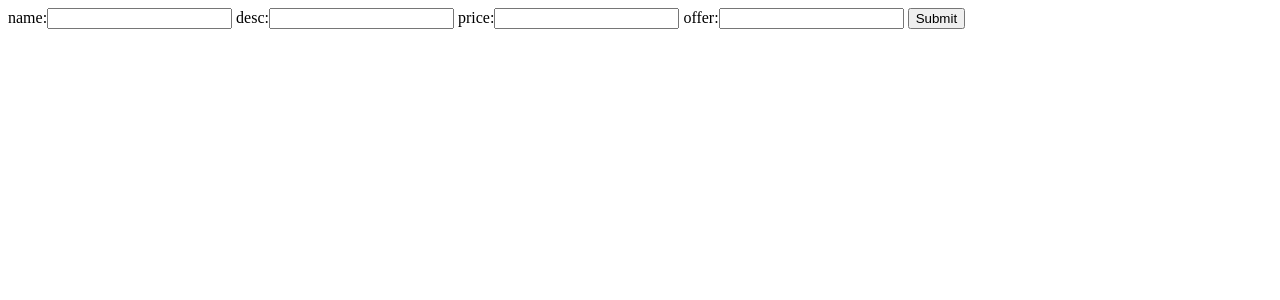
Repository: Ganesh9986320435/AllProjectsFromYestYantra
Page: http://localhost/mcdonaldsprojectjsp/menu.jsp
An editor plug-in stored every save of this project. The page is shown before and after the next save, followed by the edit.
The browser window is 1280 px wide. The pictures show the whole page.
The page is served by Tomcat 9. Other server files are loaded and not shown.

Above is the page before, as saved 2023-02-01 03:44:24.

### mcdonaldsprojectjsp/src/main/webapp/menu.jsp
<%@ page language="java" contentType="text/html; charset=UTF-8"
    pageEncoding="UTF-8"%>
<!DOCTYPE html>
<html>
<head>
<meta charset="UTF-8">
<title>Insert title here</title>
</head>
<body>
<form action="menu">
name:<input type="text" name="name">
desc:<input type="text" name="desc">
price:<input type="number" name="price">
offer:<input type="text" name="offer">
<a></a>
<input type="submit">







</form>
</body>
</html>

After the next save:
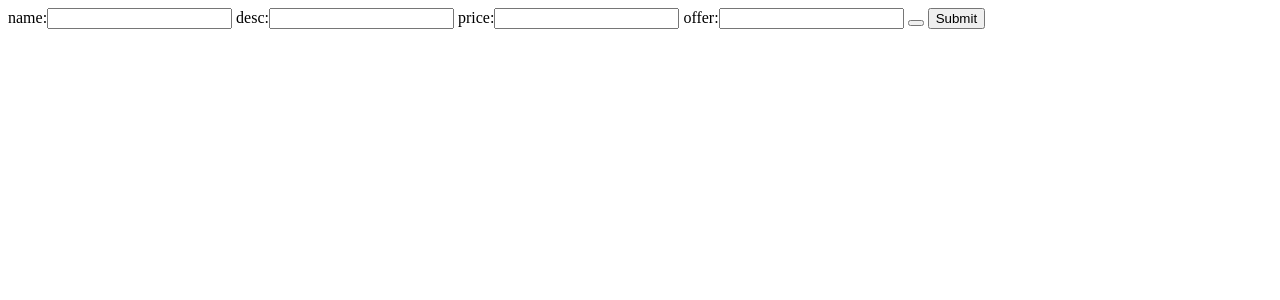
Saved 7 s later.
--- a/mcdonaldsprojectjsp/src/main/webapp/menu.jsp
+++ b/mcdonaldsprojectjsp/src/main/webapp/menu.jsp
@@ -12,7 +12,7 @@
 desc:<input type="text" name="desc">
 price:<input type="number" name="price">
 offer:<input type="text" name="offer">
-<a></a>
+<a><button></button></a>
 <input type="submit">
 
 
